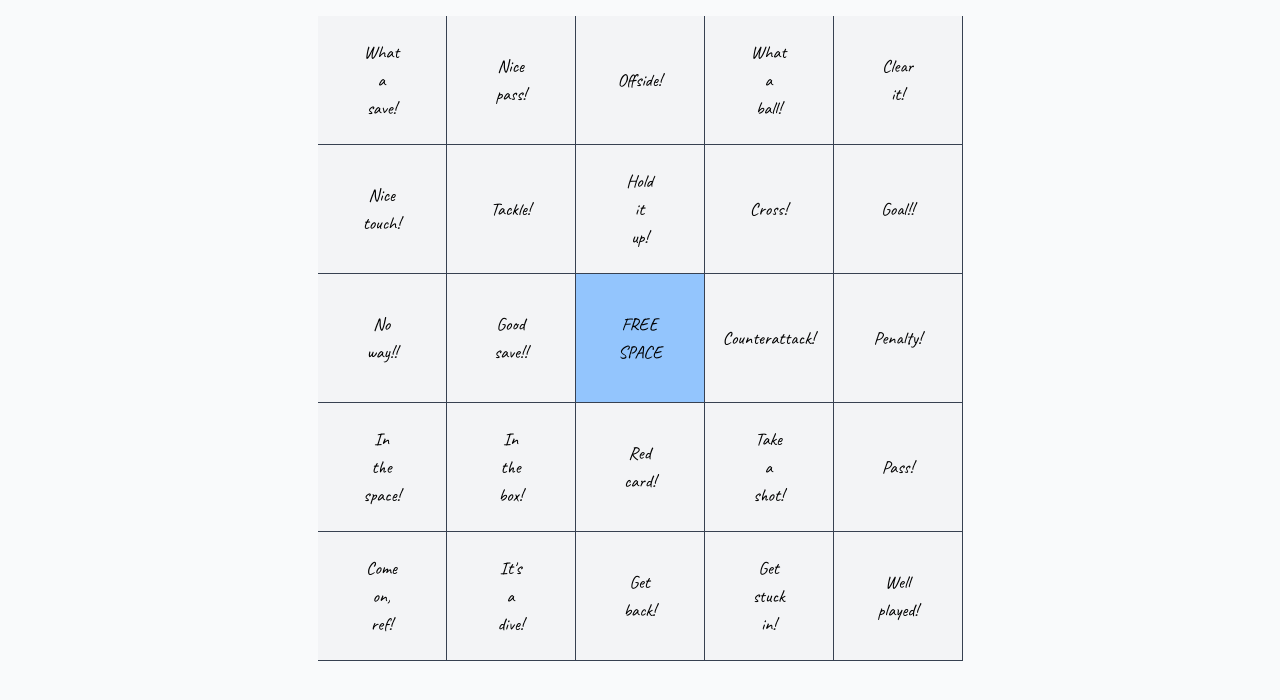
Repository: yassirbn/football-bingo
Page: /
The author's editor kept a copy of each file at every save. The page is drawn from the files as they stood at one save, then again after the next save.
The browser window is 1280 px wide. The pictures show the whole page.
The project was rebuilt for these pictures with package versions that can differ from the ones it lists, and the page was loaded fresh each time.

Above is the page before, as saved 2024-11-27 13:02:23.

### src/index.css

@import url('https://fonts.googleapis.com/css2?family=Caveat:wght@400;700&display=swap');

@tailwind base;
@tailwind components;
@tailwind utilities;


body {
  margin: 0;
  font-family: -apple-system, BlinkMacSystemFont, 'Segoe UI', 'Roboto', 'Oxygen',
    'Ubuntu', 'Cantarell', 'Fira Sans', 'Droid Sans', 'Helvetica Neue',
    sans-serif;
  -webkit-font-smoothing: antialiased;
  -moz-osx-font-smoothing: grayscale;
}

code {
  font-family: source-code-pro, Menlo, Monaco, Consolas, 'Courier New',
    monospace;
}

### src/App.js
import React from "react";
import BingoGrid from "./component/BingoGrid/BingoGrid";


const App = () => {
  const words  = [
    "What a save!",
    "Offside!",
    "Penalty!",
    "Pass!",
    "It's a dive!",
    "Red card!",
    "Goal!!",
    "Foul!",
    "Clear it!",
    "Nice touch!",
    "Tackle!",
    "Cross!",
    "Counterattack!",
    "Come on, ref!",
    "In the box!",
    "No way!!",
    "Good save!!",
    "What a ball!",
    "Hold it up!",
    "Get stuck in!",
    "Get back!",
    "Nice pass!",
    "In the space!",
    "Well played!",
    "Take a shot!",
  ];


  return (
    <div className="min-h-screen bg-gray-50 flex items-center justify-center">
      <BingoGrid words={words} />
    </div>
  );
};

export default App;

### src/component/BingoGrid/BingoGrid.js
import React, { useState } from "react";

const BingoGrid = ({ words }) => {
  const gridSize = 5; // 5x5 grid
  const totalCells = gridSize * gridSize;

  // Shuffle words only once and store in state
  const initializeGrid = () => {
    const shuffledWords = [...words].sort(() => 0.5 - Math.random()).slice(0, totalCells);

    // Fill with placeholders if not enough words
    while (shuffledWords.length < totalCells) {
      shuffledWords.push("PLACEHOLDER");
    }

    // Replace the center cell with "FREE SPACE"
    const centerIndex = Math.floor(totalCells / 2);
    shuffledWords[centerIndex] = "FREE SPACE";

    return shuffledWords;
  };

  const [gridWords] = useState(initializeGrid);
  const [selectedCells, setSelectedCells] = useState(
    Array(totalCells).fill(false).map((_, i) => i === Math.floor(totalCells / 2)) // Center (FREE SPACE) is pre-selected
  );
  const [bingo, setBingo] = useState(false);

  // Handle cell click
  const handleCellClick = (index) => {
    if (gridWords[index] === "free slot 🎉" || selectedCells[index]) return; // Ignore clicks on FREE SPACE or already selected cells

    const updatedSelection = [...selectedCells];
    updatedSelection[index] = true;
    setSelectedCells(updatedSelection);

    // Check for Bingo
    checkForBingo(updatedSelection);
  };

  // Check for Bingo
  const checkForBingo = (selected) => {
    const checkLine = (line) => line.every((index) => selected[index]);

    // Generate all rows, columns, and diagonals
    const rows = Array.from({ length: gridSize }, (_, i) =>
      Array.from({ length: gridSize }, (_, j) => i * gridSize + j)
    );
    const cols = Array.from({ length: gridSize }, (_, i) =>
      Array.from({ length: gridSize }, (_, j) => j * gridSize + i)
    );
    const diagonal1 = Array.from({ length: gridSize }, (_, i) => i * gridSize + i);
    const diagonal2 = Array.from({ length: gridSize }, (_, i) => (i + 1) * gridSize - (i + 1));

    const lines = [...rows, ...cols, diagonal1, diagonal2];

    if (lines.some(checkLine)) {
      setBingo(true); // Set Bingo to true to trigger animations
    }
  };

  return (
    <div className="p-4 relative h-screen overflow-hidden">
      {/* Fireworks Animation */}
      {bingo && (
        <div className="absolute inset-0 z-20 flex justify-center items-center pointer-events-none">
          {/* Firework Particles */}
          {Array.from({ length: 300 }).map((_, idx) => (
            <div
              key={idx}
              className="fireworks-particle w-4 h-4 rounded-full absolute animate-fireworks"
              style={{
                "--x": `${Math.random() * 120 - 60}vw`, // Expanded X direction
                "--y": `${Math.random() * 120 - 60}vh`, // Expanded Y direction
                "--size": `${Math.random() * 10 + 5}px`, // Random size (larger particles)
                "--duration": `${Math.random() * 2 + 1.5}s`, // Increased duration for longer explosion
                "--delay": `${Math.random() * 0.5}s`, // Random delay
                backgroundColor: `hsl(${Math.random() * 360}, 100%, 50%)`, // Random color (HSL)
                transform: `rotate(${Math.random() * 360}deg)` // Random rotation for more chaos
              }}
            ></div>
          ))}
        </div>
      )}

      {/* Bingo Text Animation */}
      {bingo && (
        <div className="absolute inset-0 flex items-center justify-center z-10 animate-bingo-fade">
          <h2 className="text-7xl sm:text-8xl md:text-9xl lg:text-10xl font-extrabold text-red-600 animate-bingo-shake">
            BINGO!
          </h2>
        </div>
      )}

      {/* Bingo Grid */}
      <div
        className="grid"
        style={{
          gridTemplateColumns: `repeat(${gridSize}, 1fr)`,
        }}
      >
        {gridWords.map((word, index) => (
          <div
            key={index}
            className={`flex items-center justify-center border-b border-r border-gray-700 text-center font-medium aspect-square
              ${selectedCells[index] ? "bg-blue-300 text-white" : "bg-gray-100 hover:bg-blue-200 cursor-pointer"}
              ${word === "FREE SPACE" ? "cursor-default" : ""}`}
            onClick={() => handleCellClick(index)}
          >
            <div
              className={`${
                selectedCells[index] ? "bg-blue-300 text-white" : "bg-transparent"
              } flex items-center justify-center py-3 px-6 sm:py-4 sm:px-8 md:py-6 md:px-12 lg:py-8 lg:px-16`}
              style={{
                width: "50px", // Adjusted for mobile/tablet responsiveness
                height: "50px", // Adjusted for mobile/tablet responsiveness
                minWidth: "50px", // Ensures the circle doesn't shrink smaller than this
              }}
            >
              <span
                className="text-xs sm:text-sm md:text-base lg:text-lg font-medium text-black font-handwritten"
              >
                {word}
              </span>
            </div>
          </div>
        ))}
      </div>
    </div>
  );
};

export default BingoGrid;

### tailwind.config.js
/** @type {import('tailwindcss').Config} */
module.exports = {
  content: ['./src/**/*.{js,jsx,ts,tsx}'],
  theme: {
    extend: {
      fontFamily: {
        handwritten: ["'Caveat'", "cursive"],
      },
      animation: {
        fireworks: "fireworks 1.5s ease-out forwards",
        "bingo-fade": "bingo-fade 2s ease-out forwards",
        "bingo-shake": "bingo-shake 0.5s ease-in-out infinite",
      },
      keyframes: {
        fireworks: {
          "0%": {
            transform: "scale(0) translate(0, 0)",
            opacity: 1,
          },
          "50%": {
            transform: "scale(1) translate(var(--x), var(--y))",
            opacity: 1,
          },
          "100%": {
            transform: "scale(2) translate(var(--x), var(--y))",
            opacity: 0,
          },
        },
        "bingo-fade": {
          "0%": { opacity: 0 },
          "100%": { opacity: 1 },
        },
        "bingo-shake": {
          "0%": { transform: "rotate(0)" },
          "25%": { transform: "rotate(5deg)" },
          "50%": { transform: "rotate(0)" },
          "75%": { transform: "rotate(-5deg)" },
          "100%": { transform: "rotate(0)" },
        },
      },
    },
  },
  plugins: [],
}

Loaded but not shown: public/index.html (common file); src/index.js (common file); src/reportWebVitals.js (common file)

After the next save:
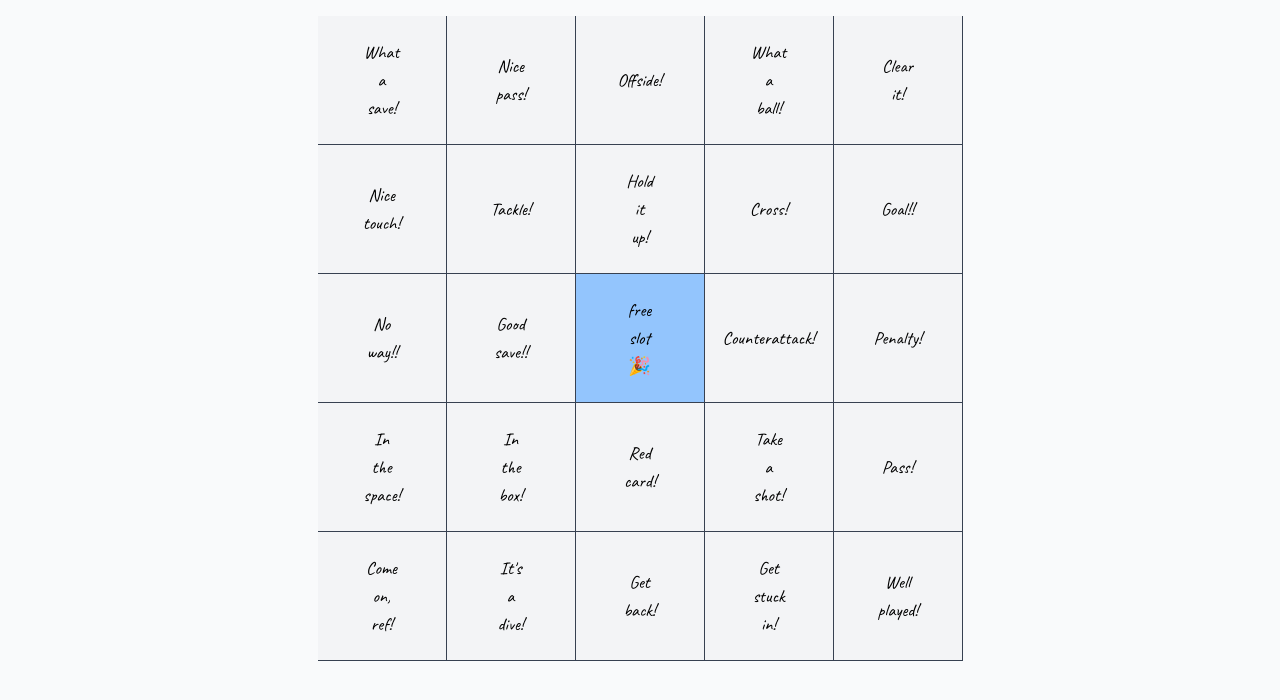
Saved 47 s later.
--- a/src/component/BingoGrid/BingoGrid.js
+++ b/src/component/BingoGrid/BingoGrid.js
@@ -15,7 +15,7 @@ const BingoGrid = ({ words }) => {
 
     // Replace the center cell with "FREE SPACE"
     const centerIndex = Math.floor(totalCells / 2);
-    shuffledWords[centerIndex] = "FREE SPACE";
+    shuffledWords[centerIndex] = "free slot 🎉";
 
     return shuffledWords;
   };
